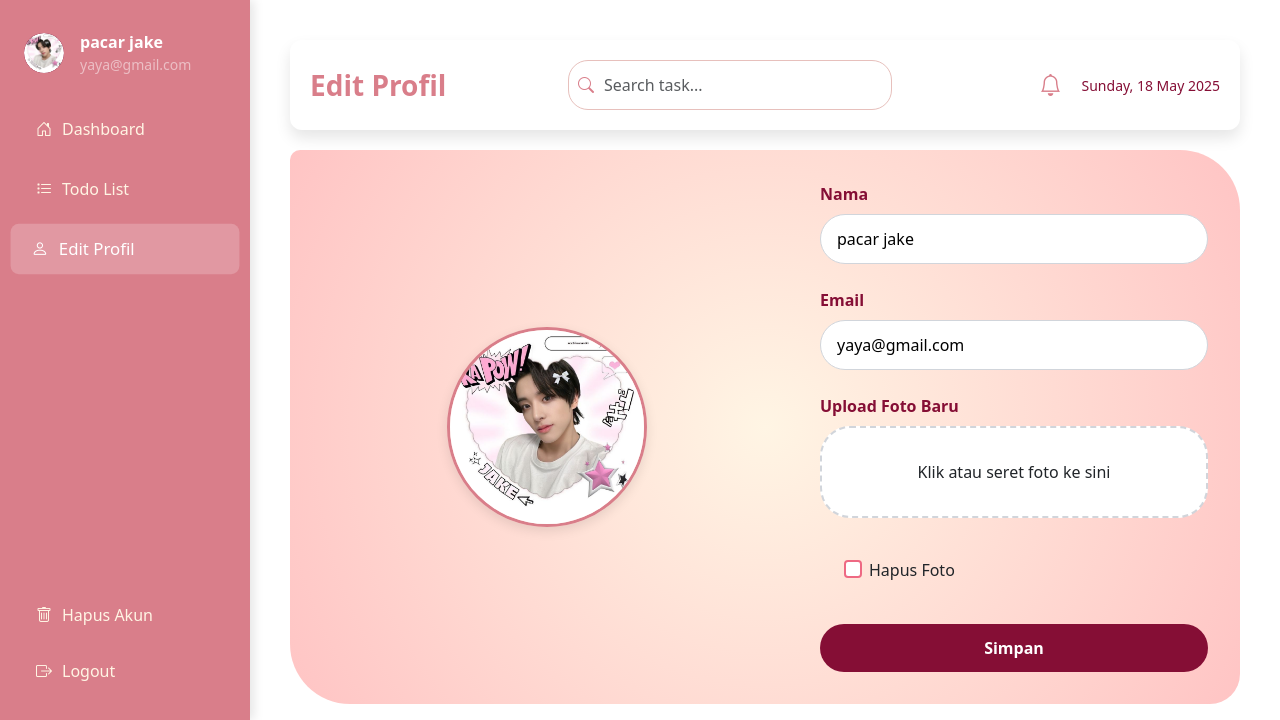
Repository: zhr-nabila/FloTime
Page: http://localhost/profile.php
These files come from the project's save history. The page is drawn as it stood at one moment and after the next save; the edit follows.
The browser window is 1280 px wide. The pictures show the whole page.
The page is run by PHP 8.4 with error messages shown; the project is at /var/www/html/. The session is filled in as if someone had signed in: {"email": "yaya@gmail.com", "status": "login", "user_id": 2}. The database holds what the project's SQL file puts in it.

Above is the page before, as saved 2025-05-18 20:28:22.

After the next save:
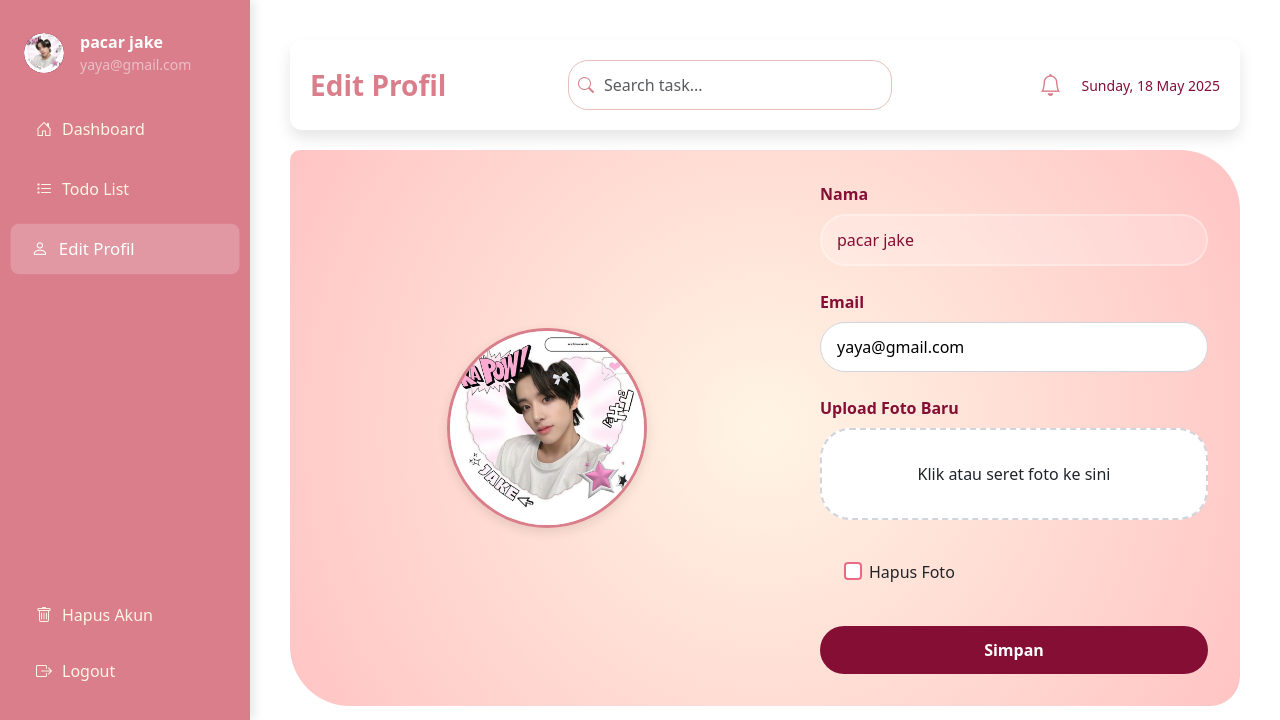
Saved 6 s later.
--- a/profile.php
+++ b/profile.php
@@ -96,7 +96,7 @@ if ($_SERVER["REQUEST_METHOD"] == "POST") {
 
                 <div>
                     <label for="name" class="form-label">Nama</label>
-                    <input type="text" name="name" id="name" class="input-profile " value="<?= htmlspecialchars($user['name']) ?>" required />
+                    <input type="text" name="name" id="name" class="input-profile glass-input" value="<?= htmlspecialchars($user['name']) ?>" required />
                 </div>
                 <div>
                     <label for="email" class="form-label">Email</label>
